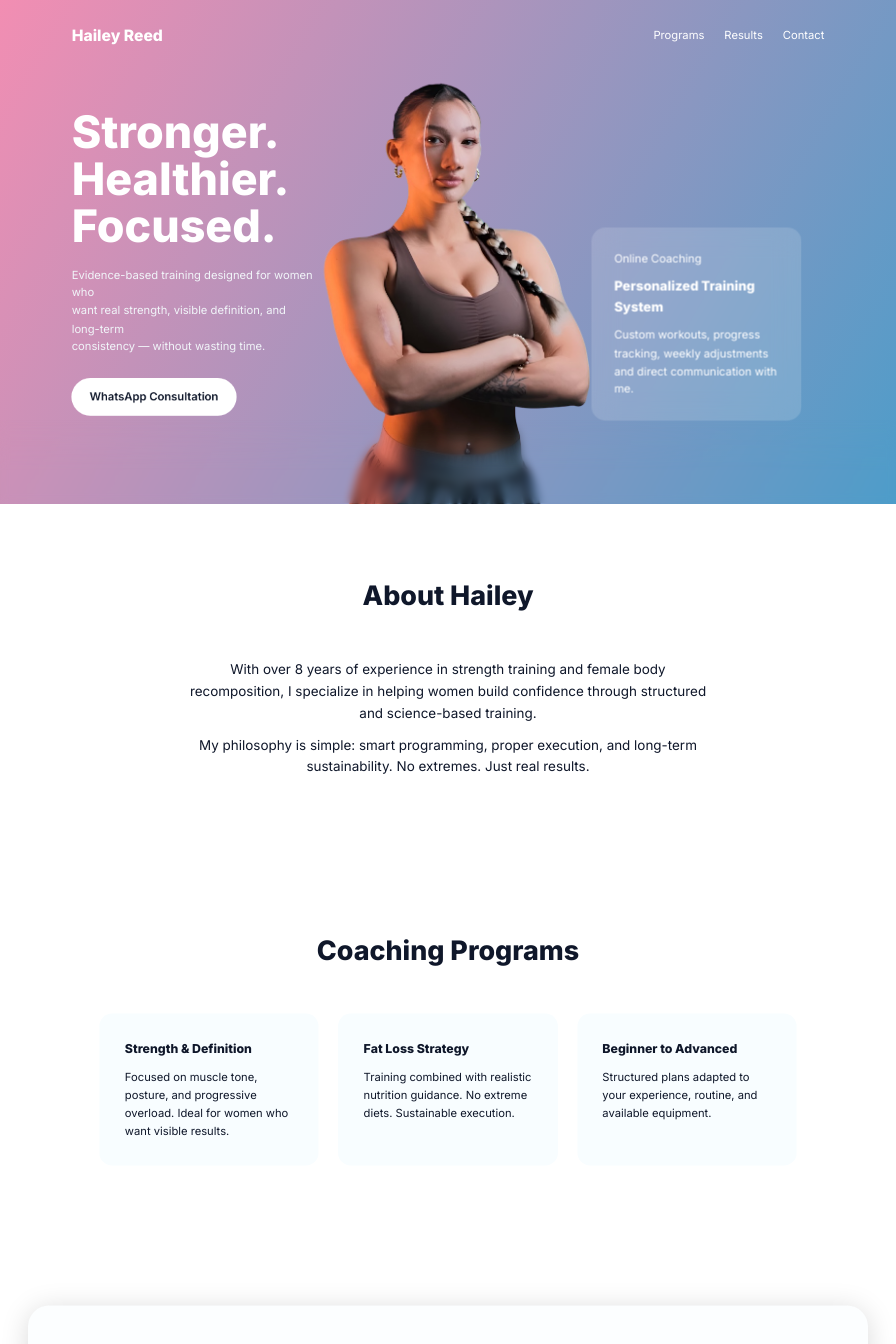
Repository: davidfsillva/Hailey-Reed-Coaching
Page: index.html
An editor plug-in stored every save of this project. The page is shown before and after a run of saves, followed by the edit.
The browser window is 1280 px wide. The pictures show the part of the page from y = 0 to 1920 px (the page is 5221 px tall), at 70% of full size.

Above is the page before, as saved 2026-02-12 10:15:04.

### index.html
<!DOCTYPE html>
<html lang="en">
<head>
  <meta charset="UTF-8" />
  <meta name="viewport" content="width=device-width, initial-scale=1.0" />
  <title>Personal Trainer | Online Coaching</title>
  <link rel="stylesheet" href="style.css" />
  <link rel="preconnect" href="https://fonts.googleapis.com">
  <link rel="preconnect" href="https://fonts.gstatic.com" crossorigin>
  <link href="https://fonts.googleapis.com/css2?family=Inter:wght@400;600;800&display=swap" rel="stylesheet">
</head>
<body>

<header class="hero">
  <nav class="nav">
    <h1 class="logo">Hailey Reed</h1>
    <div class="nav-links">
      <a href="#programs">Programs</a>
      <a href="#results">Results</a>
      <a href="#contact">Contact</a>
    </div>
  </nav>

  <img class="hero-img" src="img/Photoroom_20260211_45117 PM.png" alt="Trainer" />

  <div class="hero-gradient"></div>

  <div class="hero-content">
    <div class="hero-text">
<h2 class="hero-title">
  Stronger. Healthier. Focused.
</h2>

      <p>
        Evidence-based training designed for women who <br>
        want real strength, visible definition, and long-term <br>
        consistency — without wasting time.
      </p>
      <div class="cta-group">
        <a href="https://wa.me/5599999999999" target="_blank" class="btn primary whatsapp-btn">
          WhatsApp Consultation
        </a>
      </div>
    </div>

    <div class="hero-card">
      <span class="tag">Online Coaching</span>
      <h3>Personalized Training System</h3>
      <p>
        Custom workouts, progress tracking, weekly adjustments
        and direct communication with me.
      </p>
    </div>
  </div>
</header>

<!-- ABOUT SECTION -->
<section class="section">
  <h3>About Hailey</h3>
  <div class="testimonial">
    <p>
      With over 8 years of experience in strength training and female body
      recomposition, I specialize in helping women build confidence through
      structured and science-based training.
    </p>
    <p>
      My philosophy is simple: smart programming, proper execution,
      and long-term sustainability. No extremes. Just real results.
    </p>
  </div>
</section>

<section id="programs" class="section">
  <h3>Coaching Programs</h3>

  <div class="cards">
    <div class="card">
      <h4>Strength & Definition</h4>
      <p>
        Focused on muscle tone, posture, and progressive overload.
        Ideal for women who want visible results.
      </p>
    </div>

    <div class="card">
      <h4>Fat Loss Strategy</h4>
      <p>
        Training combined with realistic nutrition guidance.
        No extreme diets. Sustainable execution.
      </p>
    </div>

    <div class="card">
      <h4>Beginner to Advanced</h4>
      <p>
        Structured plans adapted to your experience, routine,
        and available equipment.
      </p>
    </div>
  </div>
</section>

<!-- HOW IT WORKS -->
<section class="section dark">
  <h3>How It Works</h3>

  <div class="cards">
    <div class="card">
      <h4>1. Initial Consultation</h4>
      <p>
        We discuss your goals, routine, training history,
        and current physical condition.
      </p>
    </div>

    <div class="card">
      <h4>2. Custom Plan Creation</h4>
      <p>
        A personalized workout structure is designed
        specifically for your body and objectives.
      </p>
    </div>

    <div class="card">
      <h4>3. Weekly Adjustments</h4>
      <p>
        Progress tracking and adjustments ensure continuous
        improvement and optimal results.
      </p>
    </div>
  </div>
</section>

<section id="results" class="section dark">
  <h3>Client Feedback</h3>

  <div class="testimonial">
    <p>
      “This coaching completely changed how I train.
      Every session has a clear purpose and I finally feel strong.”
    </p>
    <span>— Samantha M.</span>
  </div>
</section>

<!-- TRANSFORMATION PROCESS -->
<section class="section">
  <h3>The Transformation Process</h3>

  <div class="testimonial">
    <p>
      Sustainable transformation is not about intensity —
      it's about consistency.
    </p>
    <p>
      Through progressive overload, intelligent recovery,
      and realistic nutrition, we create measurable and lasting results.
    </p>
  </div>
</section>

<!-- FAQ -->
<section class="section">
  <h3>Frequently Asked Questions</h3>

  <div class="cards">
    <div class="card">
      <h4>Do I need gym access?</h4>
      <p>
        Not necessarily. Programs can be adapted for home training
        with minimal equipment.
      </p>
    </div>

    <div class="card">
      <h4>Is nutrition included?</h4>
      <p>
        Yes. You receive structured guidance focused on sustainable habits,
        not restrictive diets.
      </p>
    </div>

    <div class="card">
      <h4>How long until I see results?</h4>
      <p>
        Most clients notice strength improvements within weeks
        and visible body changes within 8–12 weeks.
      </p>
    </div>
  </div>
</section>

<section id="contact" class="section">
  <h3>Start Your Training</h3>
  <p class="contact-text">
    If you’re serious about improving your body composition
    and performance, let’s talk.
  </p>

  <div class="cta-group center">
    <a href="https://wa.me/5599999999999" target="_blank" class="btn primary">
      Message on WhatsApp
    </a>
    <a href="https://instagram.com/seuinstagram" target="_blank" class="btn secondary">
      Visit Instagram
    </a>
  </div>
</section>

<!-- FINAL CTA SECTION -->
<section class="section dark">
  <div class="testimonial">
    <h3>Ready to Transform?</h3>
    <p>
      Your strongest, healthiest version starts with a decision.
      Let’s build it together.
    </p>
    <div class="cta-group center">
      <a href="https://wa.me/5599999999999" target="_blank" class="btn primary">
        Apply for Coaching
      </a>
    </div>
  </div>
</section>

<footer class="footer">
  <p>© 2026 Hailey Reed Coaching. All rights reserved.</p>
</footer>

<script src="script.js"></script>
</body>
</html>

### style.css
:root {
  --pink: #f07aa5;
  --blue: #2e8bc0;
  --dark: #0f172a;
  --light: #ffffff;
  --muted: #cbd5e1;
}

/* ================= RESET ================= */
* {
  margin: 0;
  padding: 0;
  box-sizing: border-box;
  font-family: 'Inter', sans-serif;
}

body {
  background: var(--light);
  color: var(--dark);
  line-height: 1.6;
}

/* ================= HERO ================= */
.hero {
  position: relative;
  min-height: 100vh;
  padding: 32px 8%;
  color: white;
  overflow: hidden;
}

/* IMAGEM */
.hero-img {
  position: absolute;
  top: 50%;
  left: 50%;
  transform: translate(-50%, -50%);
  width: 60%;
  max-width: 500px;
  height: auto;
  z-index: 2;
}

/* GRADIENTE */
.hero-gradient {
  position: absolute;
  inset: 0;
  background: linear-gradient(
    120deg,
    rgba(240,122,165,0.85),
    rgba(46,139,192,0.85)
  );
  z-index: 1;
}

/* CONTEÚDO */
.hero-content {
  position: relative;
  z-index: 5;
}

/* TEXTO */
.hero-text {
  display: flex;
  flex-direction: column;
  justify-content: center;
  height: 85vh;
  max-width: 350px;
}

.hero-title {
  font-size: clamp(2.8rem, 5vw, 4.5rem);
  line-height: 1.05;
  margin-bottom: 24px;
}

.hero-text p {
  max-width: 480px;
  font-size: 1rem;
  color: #f1f5f9;
}

/* BLUR INFERIOR */
.hero::after {
  content: "";
  position: absolute;
  bottom: 0;
  left: 0;
  width: 100%;
  height: 120px;
  backdrop-filter: blur(6px);
  -webkit-backdrop-filter: blur(6px);
  mask-image: linear-gradient(to top, black 40%, transparent 100%);
  pointer-events: none;
  z-index: 3;
}

/* ================= BOTÕES ================= */
.cta-group {
  display: flex;
  gap: 16px;
  margin-top: 32px;
  flex-wrap: wrap;
}

.btn {
  padding: 14px 26px;
  border-radius: 999px;
  font-weight: 600;
  text-decoration: none;
  display: inline-block;
  transition: all 0.35s cubic-bezier(0.22, 1, 0.36, 1);
  will-change: transform;
}

.whatsapp-btn {
  background: white !important;
  color: var(--dark) !important;
}

.whatsapp-btn:hover {
  background: white;
  color: var(--dark);
  box-shadow: 0 10px 25px rgba(0, 0, 0, 0.884);
  transform: translateY(-4px) !important;



}

.btn.primary {
  background: linear-gradient(120deg, var(--pink), var(--blue));
  color: var(--light);
  background-size: 200% 200%;
}

.btn.primary:hover {
  background: linear-gradient(120deg, var(--pink), var(--blue));
  color: white;
  background-position: right center;
  transform: translateY(-4px) !important;
  box-shadow: 0 10px 25px rgba(240,122,165,0.3);
  transition: all 0.4s ease;


}

.btn.secondary {
  background: linear-gradient(120deg, var(--pink), var(--blue));
  color: var(--light);
  background-size: 200% 200%;

}

.btn.secondary:hover {
  background: linear-gradient(120deg, var(--pink), var(--blue));  color: white;
  box-shadow: 0 10px 25px rgba(240,122,165,0.3);
  transform: translateY(-4px) !important;



}


/* ================= HERO CARD ================= */
.hero-card {
  position: absolute;
  top: 42%;
  right: 3%;
  width: 300px;
  background: rgba(255,255,255,0.15);
  backdrop-filter: blur(18px);
  padding: 32px;
  border-radius: 20px;
  z-index: 4;
}



.hero-card h3 {
  margin: 12px 0;
}

/* ================= NAVBAR ================= */
.nav {
  position: relative;
  z-index: 10;
  display: flex;
  justify-content: space-between;
  align-items: center;
}

.logo {
  font-weight: 800;
  font-size: 1.4rem;
}

.nav-links a {
  position: relative;
  color: white;
  margin-left: 24px;
  text-decoration: none;
  font-weight: 500;
  padding-bottom: 4px;
}

.nav-links a::after {
  content: "";
  position: absolute;
  left: 0;
  bottom: 0;
  width: 0%;
  height: 2px;
  background: white;
  transition: width 0.3s ease;
}

.nav-links a:hover::after {
  width: 100%;
}

/* ================= SECTIONS ================= */
.section {
  padding: 100px 8%;
  max-width: 1200px;
  margin: auto;
}

.section h3 {
  font-size: 2.4rem;
  margin-bottom: 60px;
  text-align: center;
}

.cards {
  display: grid;
  grid-template-columns: repeat(auto-fit, minmax(260px, 1fr));
  gap: 28px;
}

.card {
  background: rgb(248, 253, 255);
  padding: 36px;
  border-radius: 18px;
  transition: 0.3s ease;
}

.card:hover {
  transform: translateY(-6px);
}

.card h4 {
  margin-bottom: 14px;
  font-size: 1.1rem;
}

/* ================= DARK SECTIONS ================= */
.dark {
  background: rgb(252, 254, 255);
  border-radius: 30px;
  color: var(--dark);
  margin: 100px auto;
  padding: 100px 8%;
  box-shadow: 0 5px 40px rgba(0,0,0,0.15);
}


.dark .card {
  background: rgba(255,255,255,0.06);
  color: var(--dark);
  box-shadow: 0 20px 60px rgba(0,0,0,0.15);
}

.dark .card:hover {
  background: rgba(255,255,255,0.1);
}

/* ================= TESTIMONIAL ================= */
.testimonial {
  max-width: 750px;
  margin: auto;
  text-align: center;
}

.testimonial p {
  font-size: 1.2rem;
  margin-bottom: 16px;
}

.contact-text {
  text-align: center;
  max-width: 520px;
  margin: 0 auto 32px;
}

.center {
  justify-content: center;
}

/* ================= FOOTER ================= */
.footer {
  padding: 32px;
  text-align: center;
  background: linear-gradient(120deg, var(--pink), var(--blue));
  color: var(--muted);
  font-size: 0.85rem;
}

/* ================= RESPONSIVE ================= */
@media (max-width: 1024px) {

  .hero-card {
    position: relative;
    top: unset;
    right: unset;
    margin-top: 40px;
    width: 100%;
    max-width: 400px;
  }

  .hero-text {
    height: auto;
    text-align: center;
    margin-top: 80px;
  }

  .hero-text p {
    margin: auto;
  }

  .hero-img {
    width: 75%;
  }
}

@media (max-width: 768px) {

  .nav {
    flex-direction: column;
    align-items: center;
  }

  .nav-links {
    display: flex;
    gap: 30px;          /* controla o espaçamento */
    margin-top: 10px;   /* afasta do logo */
  }

  .nav-links a {
    margin-left: 0;     /* remove espaçamento antigo */
  }

    .hero-card {
    width: 95%;          /* ocupa menos largura fixa */
    max-width: 660px;    /* limita tamanho */
    margin: 375px auto 0; /* mais baixo */

    padding: 15px;       /* reduz espaço interno */
    border-radius: 16px;
  }

  .hero-card h3 {
    font-size: 1rem;
  }

  .hero-card p {
    font-size: 0.85rem;
    line-height: 1.4;
  }

  .hero-img {
    width: 90%;
    top: 60%;              /* desce um pouco a imagem */
  }

  .hero-title {
    font-size: 1.9rem;
    margin-bottom: 20px;
  }

  .hero-text {
    height: auto;          /* remove os 85vh */
    justify-content: flex-start;
    margin-top: 40px;      /* controla distância do nav */
    text-align: center;
  }

  .hero-text p {
    display: none;
  }

  .section {
    padding: 80px 6%;
  }

  .cta-group {
  position: relative;
  transform: translateY(350px);
  z-index: 6;
  display: flex;
  justify-content: center;
  }

  .btn.primary {
    transform: translateY(120px);
  }

}



@media (max-width: 480px) {

  .hero {
    padding: 24px 6%;
  }

  .btn {
    width: 100%;
    text-align: center;
  }

  .cta-group {
    flex-direction: column;
  }
}

### script.js
// ===============================
// SMOOTH SCROLL
// ===============================
document.querySelectorAll('a[href^="#"]').forEach(anchor => {
  anchor.addEventListener('click', function (e) {
    const target = document.querySelector(this.getAttribute('href'));
    if (!target) return;

    e.preventDefault();
    target.scrollIntoView({ behavior: 'smooth' });
  });
});


// ===============================
// NAVBAR SCROLL EFFECT
// ===============================
const nav = document.querySelector(".nav");

window.addEventListener("scroll", () => {
  if (!nav) return;

  if (window.scrollY > 50) {
    nav.style.background = "rgba(15, 23, 42, 0.85)";
    nav.style.backdropFilter = "blur(10px)";
    nav.style.padding = "16px 8%";
    nav.style.transition = "all 0.3s ease";
  } else {
    nav.style.background = "transparent";
    nav.style.backdropFilter = "none";
    nav.style.padding = "";
  }
});


// ===============================
// SCROLL REVEAL (melhor performance)
// ===============================
const revealElements = document.querySelectorAll(".section, .card, .testimonial");

const revealOnScroll = () => {
  const triggerBottom = window.innerHeight * 0.85;

  revealElements.forEach(el => {
    const elementTop = el.getBoundingClientRect().top;

    if (elementTop < triggerBottom) {
      el.style.opacity = "1";
      el.style.transform = "translateY(0)";
    }
  });
};

// Estado inicial
revealElements.forEach(el => {
  el.style.opacity = "0";
  el.style.transform = "translateY(40px)";
  el.style.transition = "opacity 0.8s ease, transform 0.8s ease";
});

window.addEventListener("scroll", revealOnScroll);
window.addEventListener("load", revealOnScroll);



// ===============================
// HERO IMAGE PARALLAX (DESKTOP ONLY)
// ===============================
const heroImg = document.querySelector(".hero-img");

if (heroImg && window.innerWidth > 768) {
  window.addEventListener("scroll", () => {
    const scrollPosition = window.scrollY;
    heroImg.style.transform =
      `translate(-50%, calc(-50% + ${scrollPosition * 0.12}px))`;
  });
}



// ===============================
// BUTTON FADE-IN ON LOAD
// ===============================
window.addEventListener("load", () => {
  const buttons = document.querySelectorAll(".btn");

  buttons.forEach((btn, index) => {
    btn.style.opacity = "0";
    btn.style.transform = "translateY(20px)";
    btn.style.transition = "opacity 0.6s ease, transform 0.6s ease";

    setTimeout(() => {
      btn.style.opacity = "1";
      btn.style.transform = "translateY(0)";
    }, 300 + index * 150);
  });
});



// ===============================
// CARD HOVER GLOW EFFECT (desktop only)
// ===============================
if (window.innerWidth > 768) {

  const cards = document.querySelectorAll(".card");

  cards.forEach(card => {

    card.addEventListener("mousemove", (e) => {
      const rect = card.getBoundingClientRect();
      const x = e.clientX - rect.left;
      const y = e.clientY - rect.top;

      card.style.background = `
        radial-gradient(circle at ${x}px ${y}px,
        rgba(240,122,165,0.18),
        rgba(255,255,255,0.03))
      `;
    });

    card.addEventListener("mouseleave", () => {
      card.style.background = "";
    });

  });

}

After the next 2 saves:
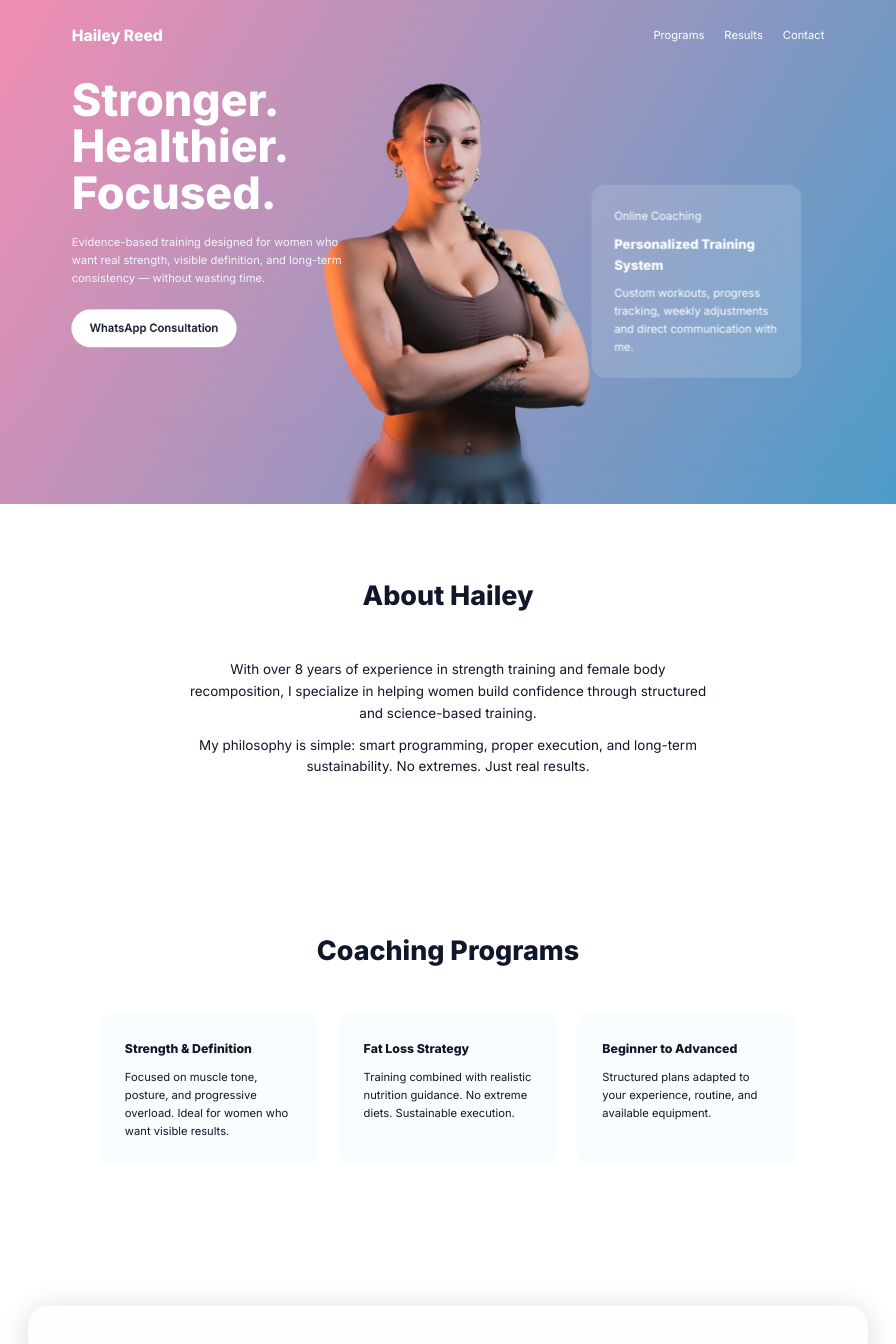
The 2 saves are shown as one change because they came seconds apart.
The last was saved 8 s later.
--- a/style.css
+++ b/style.css
@@ -64,8 +64,8 @@ body {
   display: flex;
   flex-direction: column;
   justify-content: center;
-  height: 85vh;
-  max-width: 350px;
+  height: 65vh;
+  max-width: 550px;
 }
 
 .hero-title {
